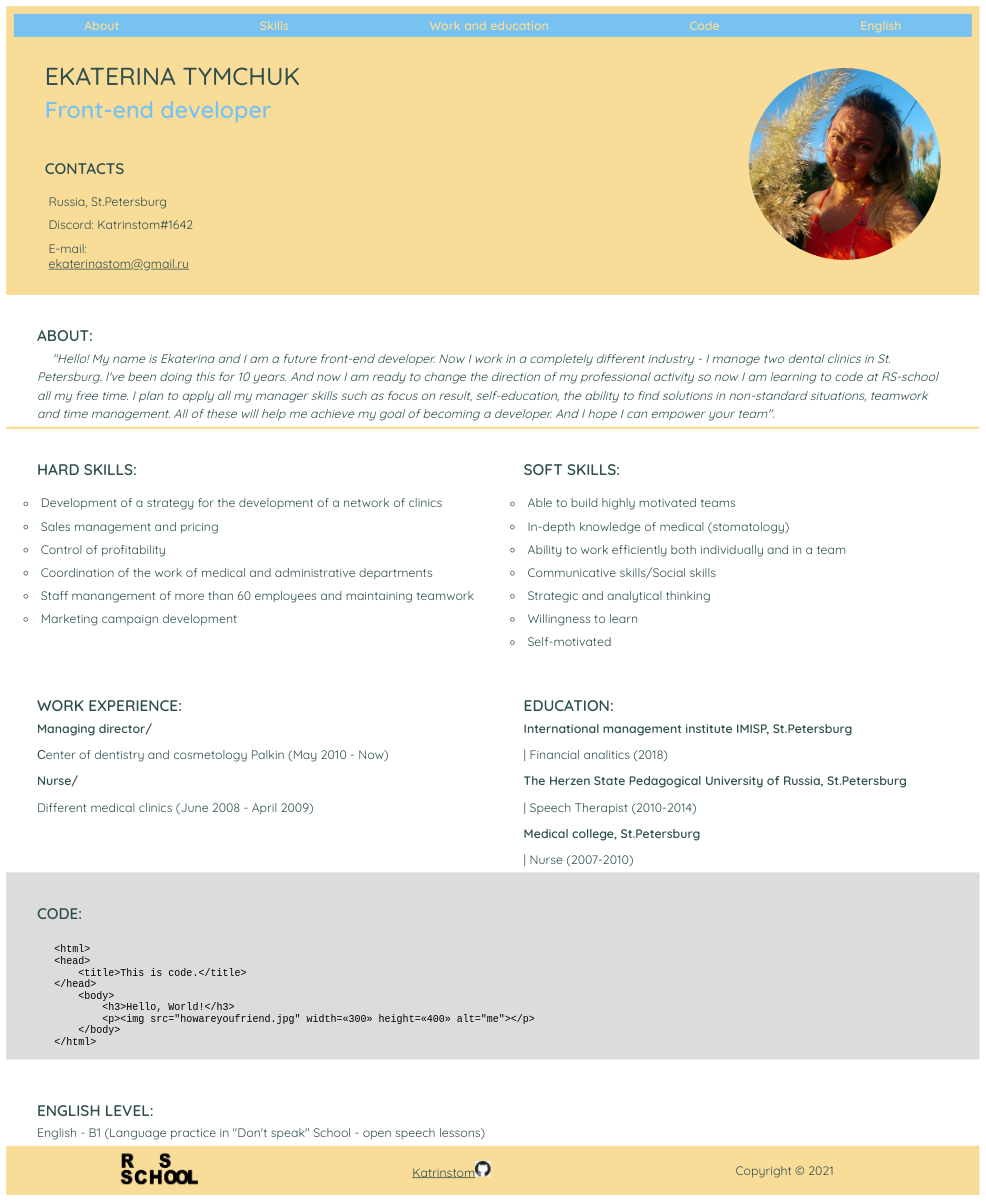
Repository: Katrinstom/rsschool-cv
Page: index.html
The author's editor kept a copy of each file at every save. The page is drawn from the files as they stood at one save, then again after the next save.
The browser window is 1280 px wide. The pictures show the whole page, at 77% of full size.

Above is the page before, as saved 2022-01-02 22:50:27.

### index.html
<!DOCTYPE html>
<html lang="en">
<head>
    <meta charset="UTF-8">
    <meta http-equiv="X-UA-Compatible" content="IE=edge">
    <meta name="viewport" content="width=device-width, initial-scale=1.0">
    <title>CV</title>
    <link type="text/css" rel="stylesheet" href="style.css"/>
    <link rel="preconnect" href="https://fonts.googleapis.com">
<link rel="preconnect" href="https://fonts.gstatic.com" crossorigin>
<link href="https://fonts.googleapis.com/css2?family=Quicksand:wght@400;500;600&display=swap" rel="stylesheet">
</head>
<body>
    <header class="bigblock section">
            <nav class="nav">
                <ul class="navlist">
                    <li class="nav-item"><a href="#about">About</a></li>
                    <li class="nav-item"><a href="#skills">Skills</a></li>
                    <li class="nav-item"><a href="#workandeducation">Work and education</a></li>
                    <li class="nav-item"><a href="#code">Code</a></li>
                    <li class="nav-item"><a href="#english">English</a></li>
                </ul>
            </nav>
                <img class="pic" src="images/1909_oooo.plus.png" alt="itsme" width="250" height="250">
                <h1>Ekaterina Tymchuk</h1>
                <h2>Front-end developer</h2>
                <h4>Contacts</h4>
                <ul class="nonumber">
                    <li>Russia, St.Petersburg</li>
                    <li>Discord: Katrinstom#1642</li>
                    <li>E-mail:<a href="mailto:ekaterinastom@gmail.com"> ekaterinastom@gmail.ru</a></li>
                </ul>
        </header>
    <main class="section">
        <article>
            <div class="about" id="about">
                <h4>About:</h4>
                <p>"Hello! My name is Ekaterina and I am a future front-end developer. Now I work in a completely different industry - I manage two dental clinics in St. Petersburg. I've been doing this for 10 years. And now I am ready to change the direction of my professional activity so now I am learning to code at RS-school all my free time. I plan to apply all my manager skills such as focus on result, self-education, the ability to find solutions in non-standard situations, teamwork and time management. All of these will help me achieve my goal of becoming a developer. And I hope I can empower your team".</p>
            </div>
        </article>
        <section class="conteiner">
            <div class="skills" id="skills">
                <h4>Hard skills:</h4>
                <ul>
                    <li>Development of a strategy for the development of a network of clinics</li>
                    <li>Sales management and pricing</li>
                    <li>Control of profitability</li>
                    <li>Coordination of the work of medical and administrative departments</li>
                    <li>Staff manangement of more than 60 employees and maintaining teamwork</li>
                    <li>Marketing campaign development</li>
                </ul>
            </div>
            <div class="skills" id="skills">
                <h4>Soft skills:</h4>
                <ul>
                    <li>Able to build highly motivated teams</li>
                    <li>In-depth knowledge of medical (stomatology)</li>
                    <li>Ability to work efficiently both individually and in a team</li>
                    <li>Communicative skills/Social skills</li>
                    <li>Strategic and analytical thinking</li>
                    <li>Willingness to learn</li>
                    <li>Self-motivated</li>
                </ul>
            </div>
        </section>
        <section class="conteiner">
            <div style="clear:both"></div>
            <div class="workandeducation" id="workandeducation">
                <h4>Work experience:</h4>
                <b>Managing director/</b>
                <p>Сenter of dentistry and cosmetology Palkin (May 2010 - Now)</p>
                <b>Nurse/</b>
                <p>Different medical clinics (June 2008 - April 2009)</p>
            </div>
            <div class="workandeducation" id="workandeducation">
                <h4>Education:</h4>
                <b>International management institute IMISP, St.Petersburg</b>
                <p>| Financial analitics (2018)</p>
                <b>The Herzen State Pedagogical University of Russia, St.Petersburg</b>
                <p>| Speech Therapist (2010-2014)</p>
                <b>Medical college, St.Petersburg</b>
                <p>| Nurse (2007-2010)</p>
            </div>
        </section>
        <section>
            <div class="code" id="code">
                <h4>Code:</h4>
                <pre><code>
        &LT;html&GT;
        &LT;head&GT;
            &LT;title&GT;This is code.&LT;/title&GT;
        &LT;/head&GT;
            &LT;body&GT;
                &LT;h3&GT;Hello, World!&LT;/h3&GT;
                &LT;p&GT;&LT;img src="howareyoufriend.jpg" width=«300» height=«400» alt="me"&GT;&LT;/p&GT;
            &LT;/body&GT;
        &LT;/html&GT;
                </code></pre>
            </div>
            <div class="english" id="english">
            <h4>English level:</h4>
            <p>English - B1 (Language practice in "Don't speak" School - open speech lessons)</p>
            </div>
        </section>
    </main>
        <footer class="footer section">
            <div class="flexcont">
                <a href="https://rs.school/js/"><img src="images/logo-rsschool3.png" alt="logo-rsschool3" width="100" height="40"></a>
                <a href="https://github.com/Katrinstom">Katrinstom<img src="images/gitpic.png" alt="gitlogo" width="20" height="20"></a>
                <p>Copyright © 2021</p>
             </div>
        </footer>
</body>
</html>

### style.css
html {
    scroll-behavior: smooth;
}
.section {
    max-width: 1280px;
    margin: 0 auto;
    flex-direction: column;
}
main {
    display: flex;
}
.bigblock {
    height: auto;
    background-color: #f9dc98;
    padding: 10px;
}
.nav {
    background-color: #78c2f2;
}
.navlist {
    display: flex;
    justify-content: space-around;
    align-items: center;
    padding: 0;
    margin: 0;
}
.nav-item {
    list-style: none;
}
.nav-item a {
    text-decoration: none;
    color: #f9dc98;
    font-weight: 600;
}
.nav-item a:hover {
    background-color:darkslategray;
    transition: 0.5s;
}
body {
    font-family: 'Quicksand', sans-serif;
}
h1 {
  padding: 30px 40px 5px;
  text-align: left;
  font-family:'Quicksand', sans-serif;
  font-weight: 500;
  font-size: 32px;
  text-transform: uppercase;
  color:darkslategray;
  margin: 0;
}
h2 {
    padding: 0px 40px 5px;
    text-align: left;
    font-family:'Quicksand', sans-serif;
    font-size: 30px;
    color:#78c2f2;
    margin: 0;
}
h3 {
    padding: 0px 40px 5px;
    text-align: left;
    font-family:'Quicksand', sans-serif;
    font-size: 25px;
    color:darkgrey;
    margin: 0;
}
h4 {
    font-family:'Quicksand', sans-serif;
    font-size: 20px;
    text-transform: uppercase;
    padding: 40px 40px 0px;
    text-align: left;
    color: darkslategray;
    margin: 0;
}
ul {
    list-style-type:circle;
    padding: auto;
}
.nonumber {
    list-style-type:none;
}
li {
    text-align: left;
    color: darkslategray;
    font-family: 'Quicksand', sans-serif;
    margin: 0;
    padding: 5px 5px 5px;
}
.about {
    border-bottom: solid 3px #f9dc98;
}
.about p {
    text-align: left;
    color: darkslategray;
    font-family: 'Quicksand', sans-serif;
    font-style: italic;
    margin: 0;
    height: auto;
    width: auto;
    padding: 5px 40px 5px;
    line-height: 1.5;
    text-indent: 20px;
}
.english {
    text-align: left;
    color: darkslategray;
    margin: 0;
    height: auto;
    width: auto;
    padding: 0;
}
.conteiner {
    display: flex;
    flex-direction: row;
    justify-content: space-around;
}
.skills {
    text-align: left;
    color: darkslategray;
    font-family: 'Quicksand', sans-serif;
    margin: 0;
    height: auto;
    width: 50%;
    padding: 0;
}
.workandeducation {
    text-align: left;
    color: darkslategray;
    font-family: 'Quicksand', sans-serif;
    margin: 0;
    height: auto;
    width: 50%;
    padding: 0;
}
.pic {
    border-radius: 50%;
    float: right;
    padding: 40px;
}
p, b {
    display: block;
    text-align: left;
    color: darkslategray;
    font-family: 'Quicksand', sans-serif;
    margin: 0;
    height: auto;
    width: auto;
    padding: 5px 40px 5px;
    line-height: 1.5;
}
.code {
    text-align: left;
    background-color: gainsboro;
    display: block;
}
.flexcont {
    display: flex;
    flex-direction: row;
    justify-content: space-around;
    align-items: center;
}
a {
    display: block;
}
li a {
    color: darkslategray;
}
footer a {
    color: darkslategray;
}
.footer {
    height: auto;
    background-color: #f9dc98;
    padding: 10px;
}

After the next save:
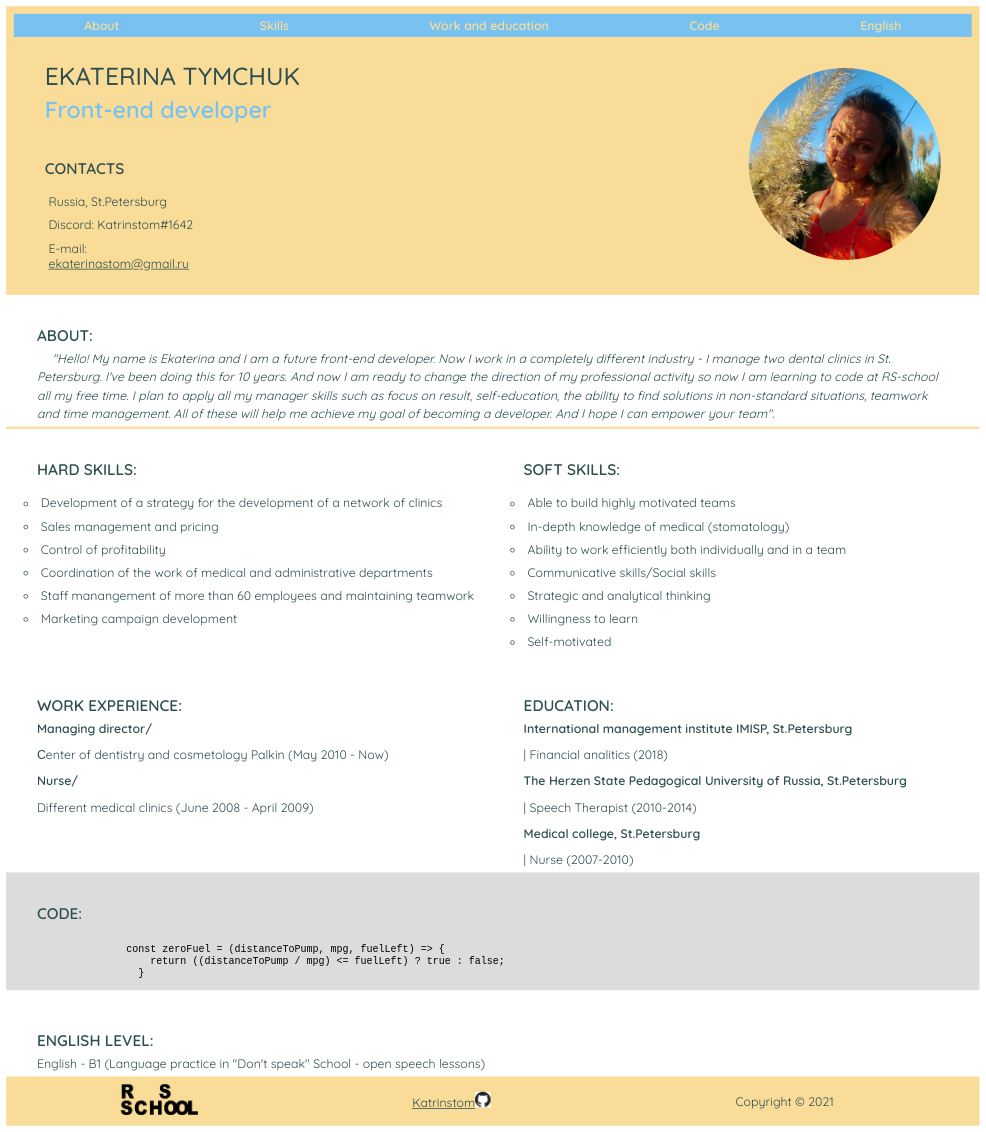
Saved 3 min 6 s later.
--- a/index.html
+++ b/index.html
@@ -86,15 +86,9 @@
             <div class="code" id="code">
                 <h4>Code:</h4>
                 <pre><code>
-        &LT;html&GT;
-        &LT;head&GT;
-            &LT;title&GT;This is code.&LT;/title&GT;
-        &LT;/head&GT;
-            &LT;body&GT;
-                &LT;h3&GT;Hello, World!&LT;/h3&GT;
-                &LT;p&GT;&LT;img src="howareyoufriend.jpg" width=«300» height=«400» alt="me"&GT;&LT;/p&GT;
-            &LT;/body&GT;
-        &LT;/html&GT;
+                    const zeroFuel = (distanceToPump, mpg, fuelLeft) => {
+                        return ((distanceToPump / mpg) <= fuelLeft) ? true : false;
+                      }
                 </code></pre>
             </div>
             <div class="english" id="english">
